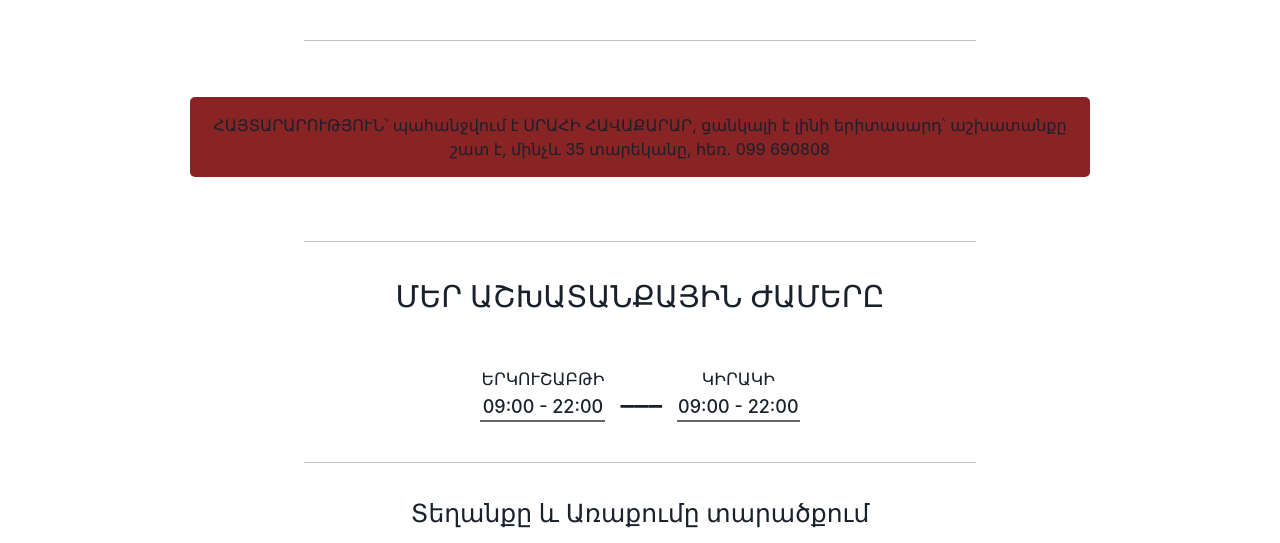
Repository: vahemar/xars
Page: /
An editor plug-in stored every save of this project. The page is shown before and after the next save, followed by the edit.
The browser window is 1280 px wide. The pictures show the part of the page from y = 720 to 1263 px (the page is 3406 px tall).
Pictures or frames that could not be fetched are drawn as grey boxes. Some web fonts or font styles are not loaded; a fallback is used. Some web libraries are served in a nearby version. The project was rebuilt for these pictures with package versions that can differ from the ones it lists, and the page was loaded fresh each time. Also part of the build but not shown: vite.config.js, src/pages/Home/Delivery/index.jsx, src/pages/Menu/index.jsx.

Above is the page before, as saved 2025-06-18 00:47:40.

After the next save:
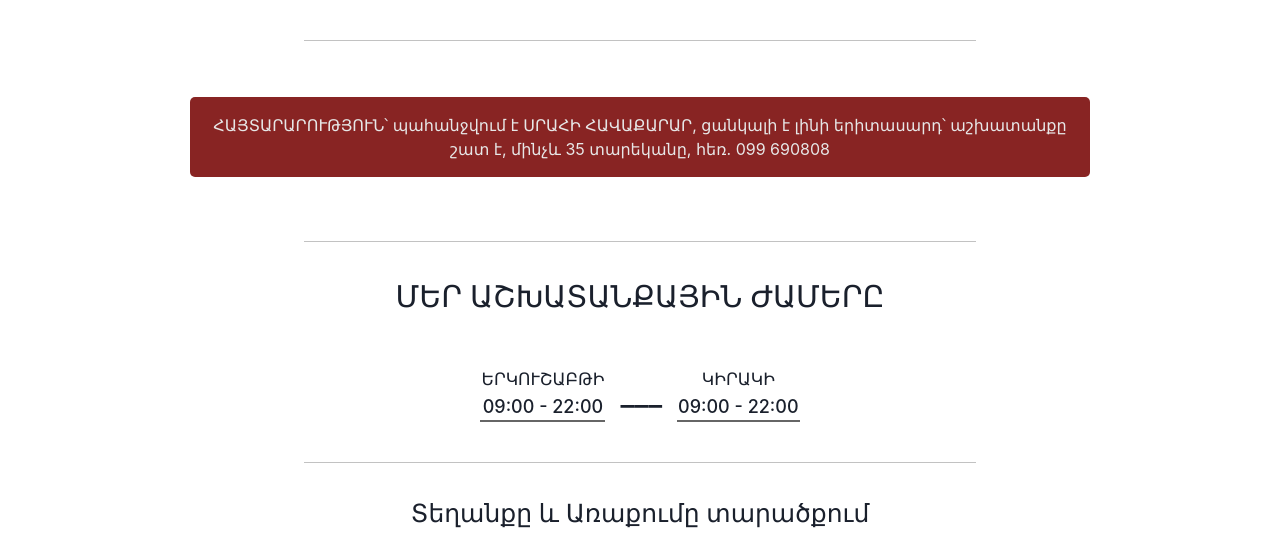
Saved 8 s later.
--- a/src/pages/Home/Attention/index.jsx
+++ b/src/pages/Home/Attention/index.jsx
@@ -5,7 +5,7 @@ function Attention() {
   return (
     <Flex mt={6} borderRadius={'5px'} p={4} maxW={'900px'} w={'full'} bg={'#882423'} direction={'column'} justify={'center'} align={'center'}>
         <a href='tel:099690808'>
-        <Text  color={'#E7E7E'} _hover={{color: 'white'}} transition={'0.2s'} textAlign={'center'} cursor={'pointer'}>ՀԱՅՏԱՐԱՐՈՒԹՅՈՒՆ՝ պահանջվում է ՍՐԱՀԻ ՀԱՎԱՔԱՐԱՐ, ցանկալի է լինի երիտասարդ՝ աշխատանքը շատ է, մինչև 35 տարեկանը, հեռ. 099 690808 </Text>
+        <Text  color={'#E7E7E7'} _hover={{color: 'white'}} transition={'0.2s'} textAlign={'center'} cursor={'pointer'}>ՀԱՅՏԱՐԱՐՈՒԹՅՈՒՆ՝ պահանջվում է ՍՐԱՀԻ ՀԱՎԱՔԱՐԱՐ, ցանկալի է լինի երիտասարդ՝ աշխատանքը շատ է, մինչև 35 տարեկանը, հեռ. 099 690808 </Text>
         </a>
     </Flex>
   )
